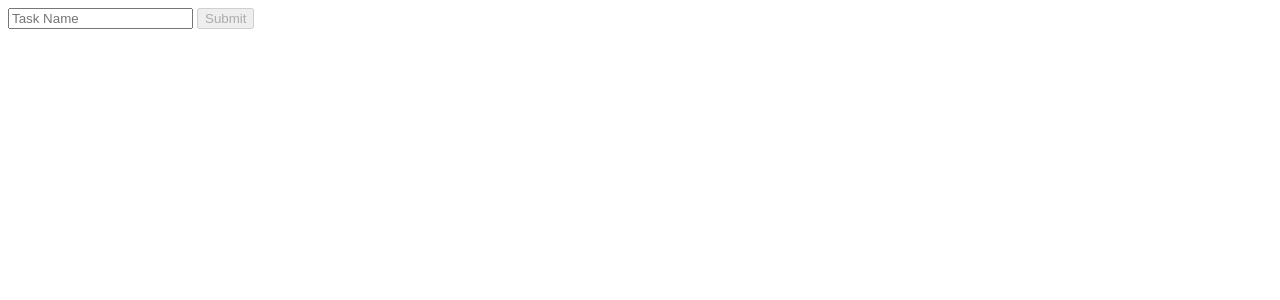
Repository: maaaaciej/cs50
Page: http://localhost/new
The author's editor kept a record of every edit. The page is drawn from the files as they stood at one moment, then again after the next edit.
The browser window is 1280 px wide. The pictures show the whole page.
The page is served by the project's application, run on Flask 3 (pset8/tasks/application.py).

Above is the page before.
Console error: TypeError: Cannot set properties of null (setting 'onkeyup')

After the next edit:
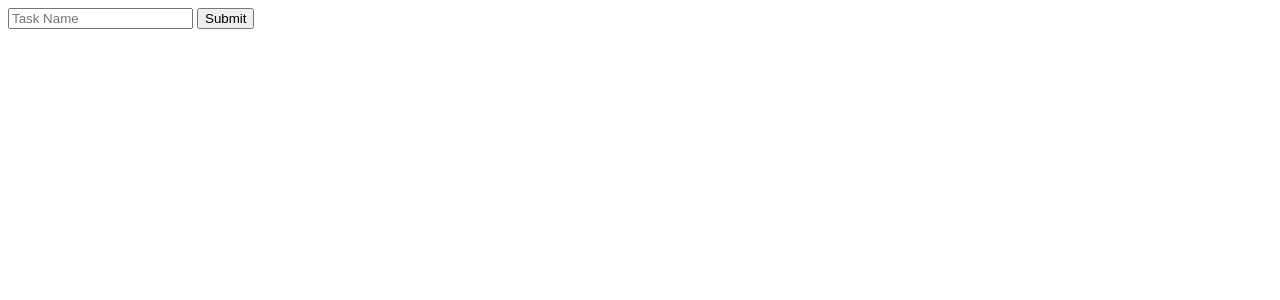
The edit:
--- a/pset8/tasks/templates/add.html
+++ b/pset8/tasks/templates/add.html
@@ -3,7 +3,7 @@
 {% block body %}
     <form action="/new" method="post">
         <input id="input" type="text" name="task"  placeholder="Task Name">
-        <input id="submit" type="submit" disabled>
+        <input id="submit" type="submit">
     </form>
     <script>
         document.getElementById("#input").onkeyup= function(){
